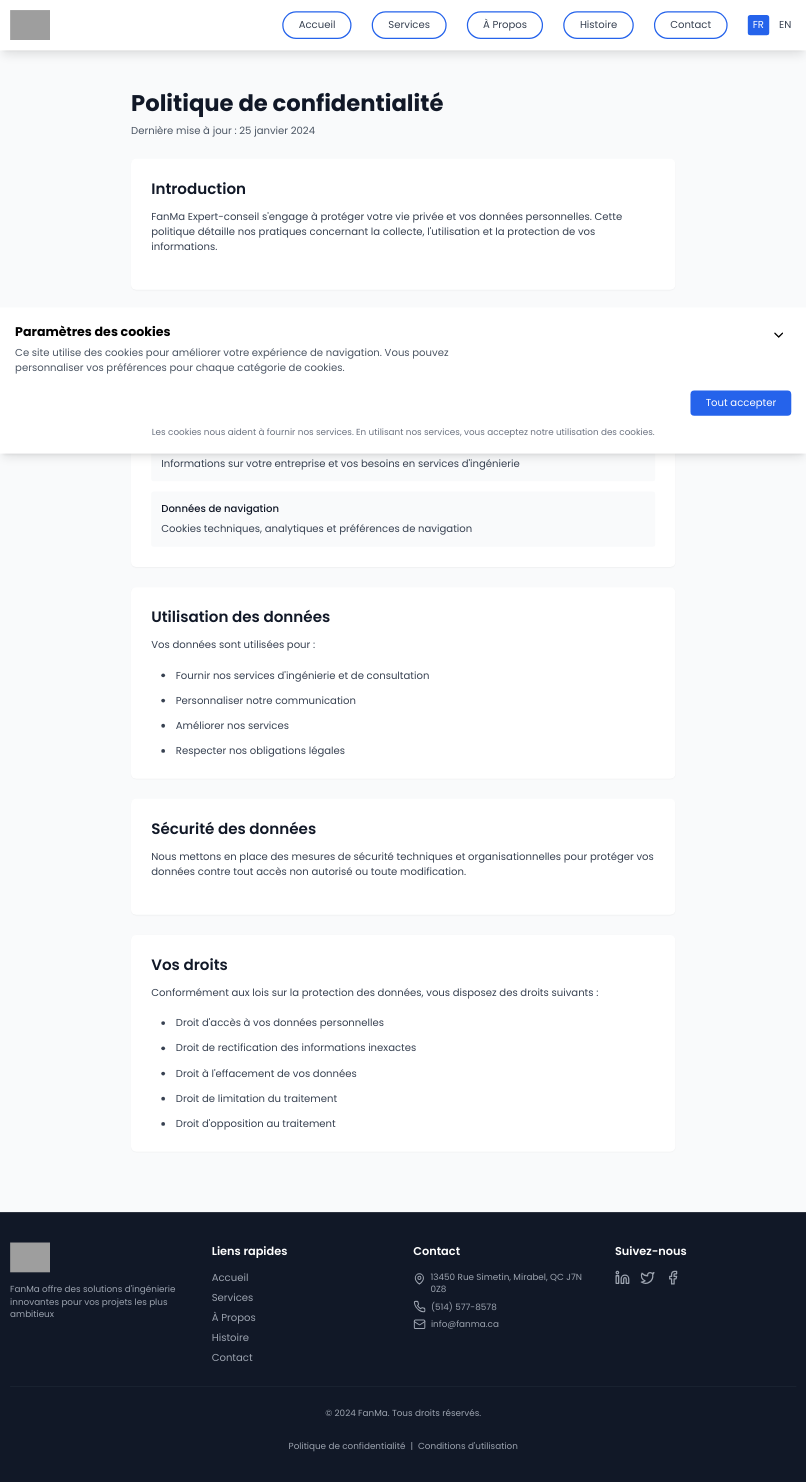
Repository: yannick930424/fanma-website
Page: /legal/privacy
An editor plug-in stored every save of this project. The page is shown before and after the next save, followed by the edit.
The browser window is 1280 px wide. The pictures show the whole page, at 63% of full size.
Pictures or frames that could not be fetched are drawn as grey boxes. The page's requests for data from a server got no answer. The project was rebuilt for these pictures with package versions that can differ from the ones it lists, and the page was loaded fresh each time. No one was signed in, and anything a server would have sent is missing. Also part of the build but not shown: vite.config.ts, src/pages/services/CFD1Analysis.tsx, src/pages/services/CFD2Analysis.tsx, src/pages/legal/TermsOfUse.tsx, src/components/common/LoadingSpinner.tsx.

Above is the page before, as saved 2025-01-25 11:25:37.

### index.html
<!doctype html>
<html lang="fr">
  <head>
    <meta charset="UTF-8" />
    <link rel="icon" type="image/x-icon" href="https://fanma.ca/images/favicon.ico" />
    <link rel="icon" type="image/svg+xml" href="/vite.svg" />
    <meta name="viewport" content="width=device-width, initial-scale=1.0" />
    <title>FanMa Expert-conseil | Solutions d'ingénierie innovantes</title>

    <!-- SEO Meta Tags -->
    <meta name="description" content="FanMa Expert-conseil - Solutions d'ingénierie innovantes. Expertise en codes et normes, gestion de projet et conception mécanique au Québec.">
    <meta name="keywords" content="ingénierie, gestion de projet, conception mécanique, codes et normes, Québec, Montréal">

    <!-- Open Graph Meta Tags -->
    <meta property="og:title" content="FanMa Expert-conseil | Solutions d'ingénierie innovantes">
    <meta property="og:description" content="Solutions d'ingénierie innovantes pour vos projets les plus ambitieux">
    <meta property="og:image" content="https://fanma.ca/images/og-image.jpg">
    <meta property="og:url" content="https://fanma.ca">
    <meta property="og:type" content="website">

    <!-- Twitter Card Meta Tags -->
    <meta name="twitter:card" content="summary_large_image">
    <meta name="twitter:title" content="FanMa Expert-conseil">
    <meta name="twitter:description" content="Solutions d'ingénierie innovantes pour vos projets les plus ambitieux">
    <meta name="twitter:image" content="https://fanma.ca/images/og-image.jpg">

    <!-- Canonical URL -->
    <link rel="canonical" href="https://fanma.ca">
  </head>
  <body>
    <div id="root"></div>
    <script type="module" src="/src/main.tsx"></script>
  </body>
</html>

### src/App.tsx
import React, { Suspense } from 'react';
import { BrowserRouter, useRoutes } from 'react-router-dom';
import AnalyticsProvider from './components/analytics/AnalyticsProvider';
import { routes } from './routes';
import LoadingSpinner from './components/common/LoadingSpinner';
import CookieConsentBanner from './components/CookieConsentBanner';

function AppRoutes() {
  return useRoutes(routes);
}

function App() {
  return (
    <AnalyticsProvider>
      <BrowserRouter>
        <Suspense fallback={<LoadingSpinner />}>
          <AppRoutes />
        </Suspense>
        <CookieConsentBanner />
      </BrowserRouter>
    </AnalyticsProvider>
  );
}

export default App;

### src/index.css
@import url('https://fonts.googleapis.com/css2?family=Poppins:wght@300;400;500;600;700&display=swap');

@tailwind base;
@tailwind components;
@tailwind utilities;

:root {
  --primary-color: #2563eb;
  --secondary-color: #1e40af;
  --accent-color: #fbbf24;
  --text-color: #1f2937;
  --bg-light: #f3f4f6;
  --bg-medium: #e5e7eb;
  --bg-dark: #d1d5db;
}

body {
  font-family: 'Poppins', sans-serif;
}

.lang-btn {
  @apply px-2 py-1 rounded transition-colors duration-300;
}

.nav-link {
  @apply px-6 py-2 border-2 border-blue-600 rounded-full text-gray-700 hover:bg-blue-600 hover:text-white transition-all duration-300;
}

### src/components/analytics/AnalyticsProvider.tsx
import React, { useEffect } from 'react';
import { initGA4, initGTM, initGoogleAds } from '../../services/analytics';

export default function AnalyticsProvider({ children }: { children: React.ReactNode }) {
  useEffect(() => {
    // Initialize all analytics services
    initGTM();
    initGA4();
    initGoogleAds();
  }, []);

  return <>{children}</>;
}

### src/services/analytics/index.ts
export * from './ga4';
export * from './gtm';
export * from './google-ads';
export * from './types';

### src/pages/legal/Legal.tsx
import React from 'react';
import { Outlet } from 'react-router-dom';

export default function Legal() {
  return (
    <div className="min-h-screen bg-gray-50">
      <Outlet />
    </div>
  );
}

### src/pages/legal/PrivacyPolicy.tsx
import React from 'react';
import { useLanguage } from '../../hooks/useLanguage';
import { translations } from '../../i18n/translations';
import { LegalItem } from '../../types/legal'

const renderItem = (item: LegalItem) => {
  if (typeof item === 'string') {
    return <li className="text-gray-700">{item}</li>;
  }
  return (
    <div className="bg-gray-50 p-4 rounded">
      <h3 className="font-medium text-gray-900 mb-2">{item.title}</h3>
      <p className="text-gray-700">{item.content}</p>
    </div>
  );
};

export default function PrivacyPolicy() {
  const { language } = useLanguage();
  const { privacy } = translations[language];

  return (
    <div className="py-16 bg-gray-50">
      <div className="max-w-4xl mx-auto px-4">
        <h1 className="text-4xl font-bold text-gray-900 mb-3">
          {privacy.title}
        </h1>
        <p className="text-gray-600 mb-8">{privacy.lastUpdated}</p>

        {Object.entries(privacy.sections).map(([key, section]) => (
          <section key={key} className="bg-white rounded-lg shadow-sm p-8 mb-8">
            <h2 className="text-2xl font-semibold text-gray-900 mb-4">
              {section.title}
            </h2>

            {section.content && (
              <p className="text-gray-700 mb-6">{section.content}</p>
            )}

            {section.items && (
              <ul className={`space-y-4 ${
                typeof section.items[0] === 'string' ? 'list-disc list-inside pl-4' : ''
              }`}>
                {section.items.map((item, index) => (
                  <React.Fragment key={index}>
                    {renderItem(item)}
                  </React.Fragment>
                ))}
              </ul>
            )}
          </section>
        ))}
      </div>
    </div>
  );
}

### src/hooks/useLanguage.ts
import { create } from 'zustand';

type LanguageStore = {
  language: 'fr' | 'en';
  setLanguage: (language: 'fr' | 'en') => void;
};

export const useLanguage = create<LanguageStore>((set) => ({
  language: 'fr',
  setLanguage: (language) => set({ language }),
}));

### src/i18n/translations.ts
import { translations as allTranslations } from './translations/index';

export const translations = allTranslations;

### src/services/analytics/ga4.ts
import { analyticsConfig } from './config';
import type { AnalyticsEvent } from './types';

declare global {
  interface Window {
    gtag: (...args: any[]) => void;
  }
}

export function initGA4(): void {
  const { measurementId } = analyticsConfig.googleAnalytics;

  if (!measurementId) {
    console.warn('GA4 Measurement ID is not configured');
    return;
  }

  // Initialize Google Analytics 4
  const script = document.createElement('script');
  script.async = true;
  script.src = `https://www.googletagmanager.com/gtag/js?id=${measurementId}`;
  document.head.appendChild(script);

  window.dataLayer = window.dataLayer || [];
  window.gtag = function() {
    window.dataLayer.push(arguments);
  };
  window.gtag('js', new Date());
  window.gtag('config', measurementId);
}

export function trackEvent(event: AnalyticsEvent): void {
  if (!window.gtag) {
    console.warn('Google Analytics not initialized');
    return;
  }

  window.gtag('event', event.action, {
    event_category: event.category,
    event_label: event.label,
    value: event.value,
  });
}

### src/services/analytics/gtm.ts
import { analyticsConfig } from './config';

export function initGTM(): void {
  const { containerId } = analyticsConfig.googleTagManager;

  if (!containerId) {
    console.warn('GTM Container ID is not configured');
    return;
  }

  // Initialize Google Tag Manager
  const script = document.createElement('script');
  script.innerHTML = `
    (function(w,d,s,l,i){w[l]=w[l]||[];w[l].push({'gtm.start':
    new Date().getTime(),event:'gtm.js'});var f=d.getElementsByTagName(s)[0],
    j=d.createElement(s),dl=l!='dataLayer'?'&l='+l:'';j.async=true;j.src=
    'https://www.googletagmanager.com/gtm.js?id='+i+dl;f.parentNode.insertBefore(j,f);
    })(window,document,'script','dataLayer','${containerId}');
  `;
  document.head.appendChild(script);

  // Add GTM noscript iframe
  const noscript = document.createElement('noscript');
  const iframe = document.createElement('iframe');
  iframe.src = `https://www.googletagmanager.com/ns.html?id=${containerId}`;
  iframe.height = '0';
  iframe.width = '0';
  iframe.style.display = 'none';
  iframe.style.visibility = 'hidden';
  noscript.appendChild(iframe);
  document.body.appendChild(noscript);
}

### src/services/analytics/google-ads.ts
import { analyticsConfig } from './config';

export function initGoogleAds(): void {
  const { conversionId } = analyticsConfig.googleAds;

  if (!conversionId) {
    console.warn('Google Ads Conversion ID is not configured');
    return;
  }

  // Initialize Google Ads
  const script = document.createElement('script');
  script.async = true;
  script.src = `https://www.googletagmanager.com/gtag/js?id=AW-${conversionId}`;
  document.head.appendChild(script);

  window.dataLayer = window.dataLayer || [];
  window.gtag = function() {
    window.dataLayer.push(arguments);
  };
  window.gtag('js', new Date());
  window.gtag('config', `AW-${conversionId}`);
}

export function trackConversion(conversionLabel: string, value?: number): void {
  const { conversionId } = analyticsConfig.googleAds;

  if (!window.gtag) {
    console.warn('Google Ads not initialized');
    return;
  }

  window.gtag('event', 'conversion', {
    send_to: `AW-${conversionId}/${conversionLabel}`,
    value: value,
    currency: 'CAD',
  });
}

### src/services/analytics/types.ts
export interface AnalyticsConfig {
  googleAnalytics: {
    measurementId: string;
  };
  googleAds: {
    conversionId: string;
  };
  googleTagManager: {
    containerId: string;
  };
}

export interface AnalyticsEvent {
  category: string;
  action: string;
  label?: string;
  value?: number;
}

### src/components/LanguageSwitch.tsx
import React from 'react';
import { useLanguage } from '../hooks/useLanguage';

export default function LanguageSwitch() {
  const { language, setLanguage } = useLanguage();

  return (
    <div className="flex items-center space-x-2">
      <button
        onClick={() => setLanguage('fr')}
        className={`lang-btn ${language === 'fr' ? 'bg-blue-600 text-white' : 'text-gray-700'}`}
      >
        FR
      </button>
      <button
        onClick={() => setLanguage('en')}
        className={`lang-btn ${language === 'en' ? 'bg-blue-600 text-white' : 'text-gray-700'}`}
      >
        EN
      </button>
    </div>
  );
}

### src/i18n/translations/index.ts
import { commonTranslations } from './common';
import { homeTranslations } from './pages/home';
import { aboutTranslations } from './pages/about';
import { contactTranslations } from './pages/contact';
import { historyTranslations } from './pages/history';
import { servicesTranslations } from './services';
import { codesTranslations } from './services/codes';
import { managementTranslations } from './services/management';
import { mechanicalTranslations } from './services/mechanical';
import { cookieTranslations } from './cookies';
import { legalTranslations } from './legal';

export const translations = {
  fr: {
    ...commonTranslations.fr,
    cookies: cookieTranslations.fr,
    home: homeTranslations.fr,
    about: aboutTranslations.fr,
    contact: contactTranslations.fr,
    history: historyTranslations.fr,
    services: {
      ...servicesTranslations.fr,
      codes: codesTranslations.fr,
      management: managementTranslations.fr,
      mechanical: mechanicalTranslations.fr
    },
    privacy: legalTranslations.fr.privacy,
    terms: legalTranslations.fr.terms
  },
  en: {
    ...commonTranslations.en,
    cookies: cookieTranslations.en,
    home: homeTranslations.en,
    about: aboutTranslations.en,
    contact: contactTranslations.en,
    history: historyTranslations.en,
    services: {
      ...servicesTranslations.en,
      codes: codesTranslations.en,
      management: managementTranslations.en,
      mechanical: mechanicalTranslations.en
    },
    privacy: legalTranslations.en.privacy,
    terms: legalTranslations.en.terms
  }
};

### src/services/analytics/config.ts
import { AnalyticsConfig } from './types';

export const analyticsConfig: AnalyticsConfig = {
  googleAnalytics: {
    measurementId: import.meta.env.VITE_GA_MEASUREMENT_ID,
  },
  googleAds: {
    conversionId: import.meta.env.VITE_GOOGLE_ADS_CONVERSION_ID,
  },
  googleTagManager: {
    containerId: import.meta.env.VITE_GTM_CONTAINER_ID,
  },
};

### src/components/Footer/SocialLinks.tsx
import React from 'react';
import { Linkedin, Twitter, Facebook } from 'lucide-react';

const socialLinks = {
  linkedin: "https://www.linkedin.com/company/fanma-expert-conseil",
  twitter: "https://twitter.com/fanma",
  facebook: "https://facebook.com/fanma"
};

export default function SocialLinks() {
  return (
    <div className="flex space-x-4">
      <a href={socialLinks.linkedin} className="text-gray-400 hover:text-white transition duration-300" target="_blank" rel="noopener noreferrer">
        <Linkedin className="w-6 h-6" />
      </a>
      <a href={socialLinks.twitter} className="text-gray-400 hover:text-white transition duration-300" target="_blank" rel="noopener noreferrer">
        <Twitter className="w-6 h-6" />
      </a>
      <a href={socialLinks.facebook} className="text-gray-400 hover:text-white transition duration-300" target="_blank" rel="noopener noreferrer">
        <Facebook className="w-6 h-6" />
      </a>
    </div>
  );
}

### src/components/Footer/ContactInfo.tsx
import React from 'react';
import { MapPin, Phone, Mail } from 'lucide-react';
import { useLanguage } from '../../hooks/useLanguage';
import { translations } from '../../i18n/translations';

export default function ContactInfo() {
  const { language } = useLanguage();
  const t = translations[language];

  return (
    <ul className="space-y-2 text-sm text-gray-400">
      <li className="flex items-start">
        <MapPin className="w-5 h-5 mr-2 mt-1" />
        <span>{t.footer.address}</span>
      </li>
      <li className="flex items-center">
        <Phone className="w-5 h-5 mr-2" />
        <span>{t.footer.phone}</span>
      </li>
      <li className="flex items-center">
        <Mail className="w-5 h-5 mr-2" />
        <span>{t.footer.email}</span>
      </li>
    </ul>
  );
}

### src/components/Footer/QuickLinks.tsx
import React from 'react';
import { Link } from 'react-router-dom';
import { useLanguage } from '../../hooks/useLanguage';
import { translations } from '../../i18n/translations';

export default function QuickLinks() {
  const { language } = useLanguage();
  const t = translations[language];

  return (
    <ul className="space-y-2">
      <li>
        <Link to="/" className="text-gray-400 hover:text-white transition duration-300">
          {t.nav.home}
        </Link>
      </li>
      <li>
        <Link to="/services" className="text-gray-400 hover:text-white transition duration-300">
          {t.nav.services}
        </Link>
      </li>
      <li>
        <Link to="/about" className="text-gray-400 hover:text-white transition duration-300">
          {t.nav.about}
        </Link>
      </li>
      <li>
        <Link to="/history" className="text-gray-400 hover:text-white transition duration-300">
          {t.nav.history}
        </Link>
      </li>
      <li>
        <Link to="/contact" className="text-gray-400 hover:text-white transition duration-300">
          {t.nav.contact}
        </Link>
      </li>
    </ul>
  );
}

### src/i18n/translations/common.ts

export const commonTranslations = {
  fr: {
    nav: {
      home: 'Accueil',
      services: 'Services',
      about: 'À Propos',
      history: 'Histoire',
      contact: 'Contact'
    },
    footer: {
      quickLinks: 'Liens rapides',
      contact: 'Contact',
      followUs: 'Suivez-nous',
      description: 'FanMa offre des solutions d\'ingénierie innovantes pour vos projets les plus ambitieux',
      address: '13450 Rue Simetin, Mirabel, QC J7N 0Z8',
      phone: '(514) 577-8578',
      email: 'info@fanma.ca',
      copyright: '© 2024 FanMa. Tous droits réservés.',
      privacyPolicy: 'Politique de confidentialité',
      termsOfUse: 'Conditions d\'utilisation'
    }
  },
  en: {
    nav: {
      home: 'Home',
      services: 'Services',
      about: 'About',
      history: 'History',
      contact: 'Contact'
    },
    footer: {
      quickLinks: 'Quick Links',
      contact: 'Contact',
      followUs: 'Follow Us',
      description: 'FanMa provides innovative engineering solutions for your most ambitious projects',
      address: '13450 Rue Simetin, Mirabel, QC J7N 0Z8',
      phone: '(514) 577-8578',
      email: 'info@fanma.ca',
      copyright: '© 2024 FanMa. All rights reserved.',
      privacyPolicy: 'Privacy Policy',
      termsOfUse: 'Terms of Use'
    }
  }
};

### src/i18n/translations/pages/home.ts
export const homeTranslations = {
  fr: {
    hero: {
      title: 'FanMa Expert-conseil',
      subtitle1: 'Codes et normes',
      subtitle2: 'Gestion de projet',
      subtitle3: 'Conception mécanique',
      description: 'Votre partenaire pour des solutions d\'ingénierie innovantes depuis plus de 15 ans.',
      cta: 'Contactez-nous'
    },
    about: {
      title: 'L\'Innovation au service de la performance',
      description: 'Chez FanMa, nous sommes plus qu\'un simple bureau de génie-conseil : nous sommes des partenaires stratégiques pour vos projets. Forts de plus de 15 ans d\'expérience multidisciplinaire et d\'une expertise reconnue dans des secteurs variés, nous transformons vos défis en opportunités.',
      cta: 'En savoir plus'
    }
  },
  en: {
    hero: {
      title: 'FanMa Engineering',
      subtitle1: 'Codes and Standards',
      subtitle2: 'Project Management',
      subtitle3: 'Mechanical Design',
      description: 'Your partner for innovative engineering solutions for over 15 years.',
      cta: 'Contact Us'
    },
    about: {
      title: 'Innovation driving performance',
      description: 'At FanMa, we are more than just an engineering consulting firm: we are strategic partners for your projects. With over 15 years of multidisciplinary experience and recognized expertise in various sectors, we transform your challenges into opportunities.',
      cta: 'Learn More'
    }
  }
};

### src/i18n/translations/services/index.ts
export const servicesTranslations = {
  fr: {
    title: 'Nos Services',
    subtitle: 'Des solutions complètes pour vos besoins en ingénierie'
  },
  en: {
    title: 'Our Services',
    subtitle: 'Comprehensive solutions for your engineering needs'
  }
};

Loaded but not shown: src/main.tsx (common file); tailwind.config.js (common file); src/i18n/translations/services/mechanical/cfd.ts (188 lines, source omitted); src/i18n/translations/services/mechanical.ts (200 lines, source omitted); src/i18n/translations/legal.ts (194 lines, source omitted); src/i18n/translations/services/codes.ts (158 lines, source omitted); src/i18n/translations/services/management.ts (156 lines, source omitted); src/components/CookieConsentBanner.tsx (175 lines, source omitted); src/i18n/translations/pages/about.ts (66 lines, source omitted); src/i18n/translations/cookies.ts (105 lines, source omitted); src/components/Layout.tsx (97 lines, source omitted); src/i18n/translations/pages/history.ts (66 lines, source omitted); src/i18n/translations/pages/contact.ts (76 lines, source omitted); src/routes/index.tsx (50 lines, source omitted); src/components/Footer/Footer.tsx (53 lines, source omitted)

After the next save:
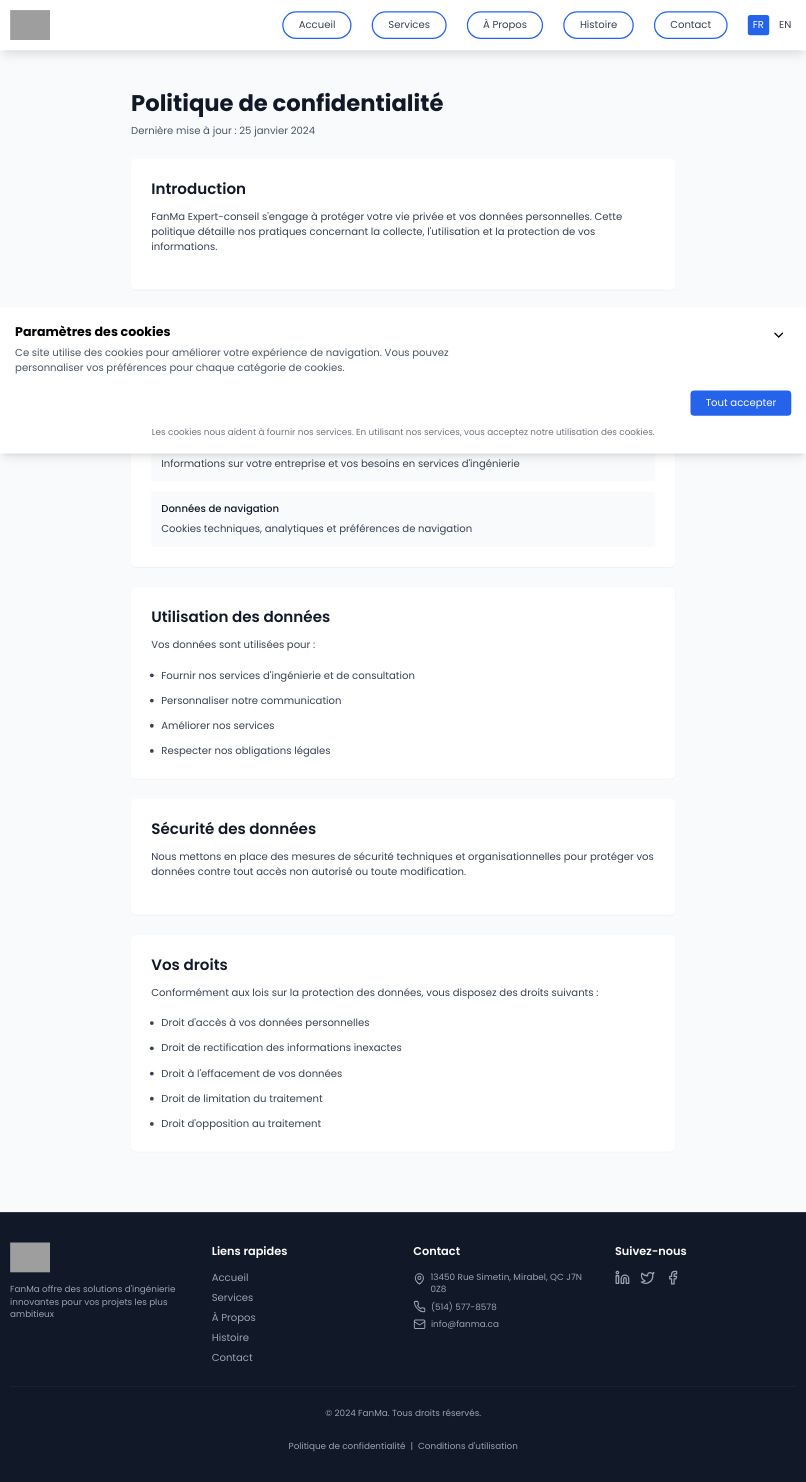
Saved 60 s later.
--- a/src/pages/legal/PrivacyPolicy.tsx
+++ b/src/pages/legal/PrivacyPolicy.tsx
@@ -1,23 +1,23 @@
 import React from 'react';
 import { useLanguage } from '../../hooks/useLanguage';
 import { translations } from '../../i18n/translations';
-import { LegalItem } from '../../types/legal'
-
-const renderItem = (item: LegalItem) => {
-  if (typeof item === 'string') {
-    return <li className="text-gray-700">{item}</li>;
-  }
-  return (
-    <div className="bg-gray-50 p-4 rounded">
-      <h3 className="font-medium text-gray-900 mb-2">{item.title}</h3>
-      <p className="text-gray-700">{item.content}</p>
-    </div>
-  );
-};
+import type { DataItem, Section } from '../../types/legal';
 
 export default function PrivacyPolicy() {
   const { language } = useLanguage();
   const { privacy } = translations[language];
+
+  const hasContent = (section: Section): section is (Section & { content: string }) => {
+    return 'content' in section;
+  };
+
+  const hasItems = (section: Section): section is (Section & { items: Array<string | DataItem> }) => {
+    return 'items' in section;
+  };
+
+  const isDataItem = (item: string | DataItem): item is DataItem => {
+    return typeof item === 'object' && 'title' in item;
+  };
 
   return (
     <div className="py-16 bg-gray-50">
@@ -33,18 +33,23 @@ export default function PrivacyPolicy() {
               {section.title}
             </h2>
 
-            {section.content && (
+            {hasContent(section) && (
               <p className="text-gray-700 mb-6">{section.content}</p>
             )}
 
-            {section.items && (
-              <ul className={`space-y-4 ${
-                typeof section.items[0] === 'string' ? 'list-disc list-inside pl-4' : ''
-              }`}>
+            {hasItems(section) && (
+              <ul className="space-y-4">
                 {section.items.map((item, index) => (
-                  <React.Fragment key={index}>
-                    {renderItem(item)}
-                  </React.Fragment>
+                  <li key={index} className={isDataItem(item) ? 'bg-gray-50 p-4 rounded list-none' : 'list-disc ml-4 text-gray-700'}>
+                    {isDataItem(item) ? (
+                      <>
+                        <h3 className="font-medium text-gray-900 mb-2">{item.title}</h3>
+                        <p className="text-gray-700">{item.content}</p>
+                      </>
+                    ) : (
+                      item
+                    )}
+                  </li>
                 ))}
               </ul>
             )}
